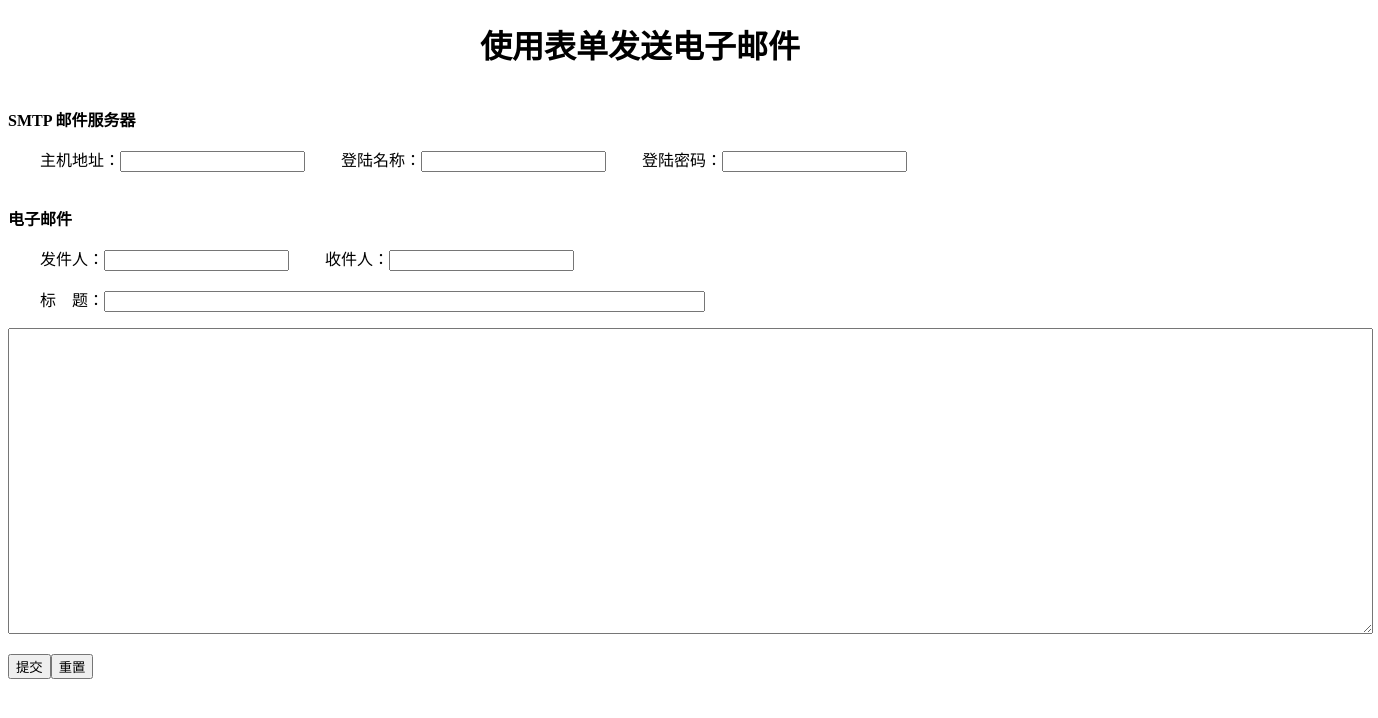
Repository: eterinfi/java
Page: jee/JSPDemo/WebContent/sendemail.html
The author's editor kept a copy of each file at every save. The page is drawn from the files as they stood at one save, then again after the next save.
The browser window is 1280 px wide. The page is 1378 px wide, so the pictures cover 1378 px, including what lies to the right of the window. The pictures show the whole page.

Above is the page before, as saved 2016-11-15 10:56:48.

### jee/JSPDemo/WebContent/sendemail.html
<!DOCTYPE html>
<html>
<head>
  <meta charset="UTF-8">
  <title>使用表单发送电子邮件</title>
</head>
<body>
  <h1 align="center">使用表单发送电子邮件</h1>
  <br />
  <form action="SendSubmittedEmail.jsp" method="POST">
    <label><strong>SMTP 邮件服务器</strong></label>
    <p>
      <span>　　主机地址：<input type="text" name="host" /></span>
      <span>　　登陆名称：<input type="text" name="user" /></span>
      <span>　　登陆密码：<input type="password" name="password" /></span>
    </p>
    <br />
    <label><strong>电子邮件</strong></label>
    <p>
      <span>　　发件人：<input type="text" name="from" /></span>
      <span>　　收件人：<input type="text" name="to" /></span>
    </p>
    <p>　　标　题：<input type="text" size="72" name="subject" /></p>
    <textarea name="body" cols="168" rows="20">
    </textarea>
    <p>
      <button type="submit">提交</button><button type="reset">重置</button>
    </p>
  </form>
</body>
</html>

After the next save:
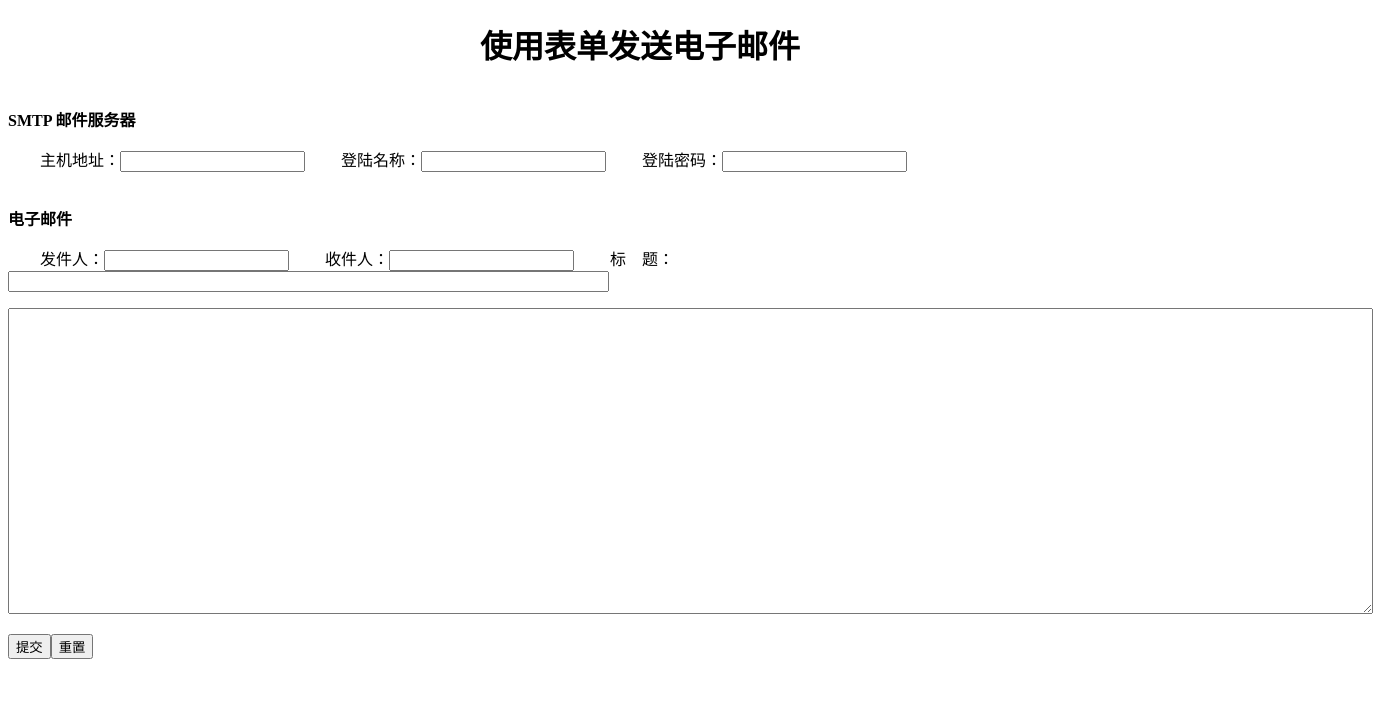
Saved 46 s later.
--- a/jee/JSPDemo/WebContent/sendemail.html
+++ b/jee/JSPDemo/WebContent/sendemail.html
@@ -19,8 +19,8 @@
     <p>
       <span>　　发件人：<input type="text" name="from" /></span>
       <span>　　收件人：<input type="text" name="to" /></span>
+      <span>　　标　题：<input type="text" size="72" name="subject" /></span>
     </p>
-    <p>　　标　题：<input type="text" size="72" name="subject" /></p>
     <textarea name="body" cols="168" rows="20">
     </textarea>
     <p>
